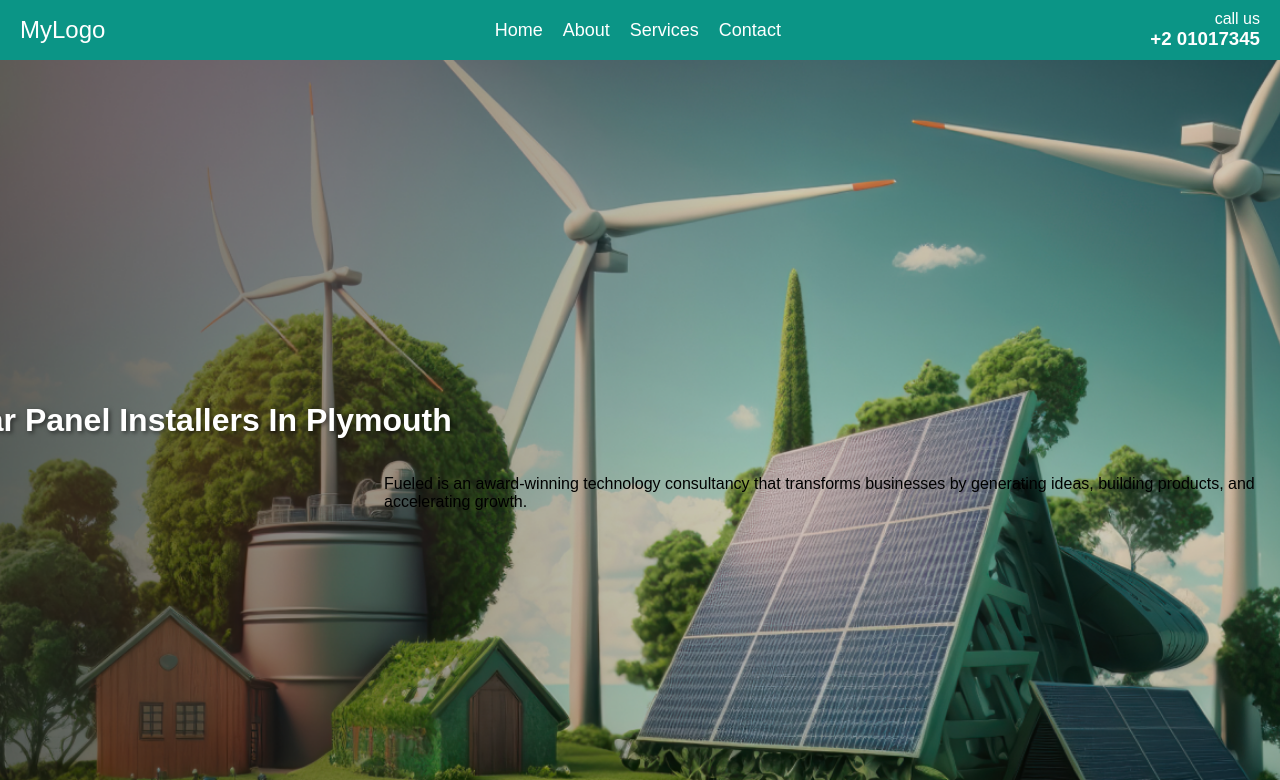
Repository: MaramNabil872/Landing-Page
Page: landingPage.html
The author's editor kept a copy of each file at every save. The page is drawn from the files as they stood at one save, then again after the next save.
The browser window is 1280 px wide. The pictures show the whole page.

Above is the page before, as saved 2024-10-20 20:23:32.

### landingPage.html
<!DOCTYPE html>
<html lang="en">
    <head>
        <meta charset="UTF-8" />
        <meta name="viewport" content="width=device-width, initial-scale=1.0" />
        <title>Landing Page</title>
        <link rel="stylesheet" href="landingPage.css" />
    </head>
    <body>
        <nav class="navbar">
            <div class="logo">MyLogo</div>

            <ul class="nav-links">
                <li><a href="#home">Home</a></li>
                <li><a href="#about">About</a></li>
                <li><a href="#services">Services</a></li>
                <li><a href="#contact">Contact</a></li>
            </ul>
            <div class="call">
                <p>call us</p>
                <h3>+2 01017345</h3>
            </div>
        </nav>

        <div class="image-container">
            <img
                src="images/solar-panels-meadow 1.png"
                alt="Background Image"
                class="background-image"
            />
            <div class="main-text">
                <h2 class="text-wallpaper">
                    Solar Panel Installers In Plymouth
                </h2>
                <br />
                <p >
                    Fueled is an award-winning technology consultancy that
                    transforms businesses by generating ideas, building
                    products, and accelerating growth.
                </p>
            </div>
        </div>
    </body>
</html>

### landingPage.css
* {
    margin: 0;
    padding: 0;
    box-sizing: border-box; /* Added for consistent sizing */
}

body {
    font-family: Arial, sans-serif;
}

.navbar {
    background-color: #0b9586;
    display: flex;
    justify-content: space-between;
    align-items: center;
    padding: 10px 20px;
    position: relative;
    flex-wrap: wrap; /* Allow items to wrap on smaller screens */
}

.logo {
    color: #fff;
    font-size: 24px;
}

.nav-links {
    list-style: none;
    display: flex;
    flex-wrap: wrap; /* Allow links to wrap on smaller screens */
}

.nav-links li {
    margin-left: 20px;
}

.nav-links a {
    text-decoration: none;
    color: white;
    font-size: 18px;
    transition: color 0.3s;
}

.nav-links a:hover {
    color: #f0a500;
}

.call {
    color: #fff;
    text-align: right; /* Align text to the right */
}

.image-container {
    position: relative;
    width: 100%;
    height: 100vh; /* Full screen height */
    overflow: hidden; /* Hide overflow */
}

.background-image {
    width: 100%;
    height: 100%;
    object-fit: cover; /* Ensure the image covers the entire container */
}
.main-text{
    position: absolute;
    top: 50%;
    left: 30%;
}
.text-wallpaper {

    transform: translate(-50%, -50%);
    color: white;
    font-size: 2rem;
    font-weight: bold;
    text-shadow: 2px 2px 4px rgba(0, 0, 0, 0.5);
}

/* Media Queries for Responsiveness */
@media (max-width: 768px) {
    .navbar {
        flex-direction: column; /* Stack items vertically */
        align-items: flex-start; /* Align items to the left */
    }

    .nav-links {
        margin-top: 10px; /* Space between navbar and links */
    }

    .nav-links li {
        margin-left: 0;
        margin-bottom: 10px; /* Space between links */
    }

    .text-overlay {
        font-size: 1.5rem; /* Smaller text size for mobile */
    }
}

@media (max-width: 480px) {
    .text-overlay {
        font-size: 1.2rem; /* Even smaller text size for very small screens */
    }

    .call h3 {
        font-size: 1.2rem; /* Adjust call size for small screens */
    }
}

After the next save:
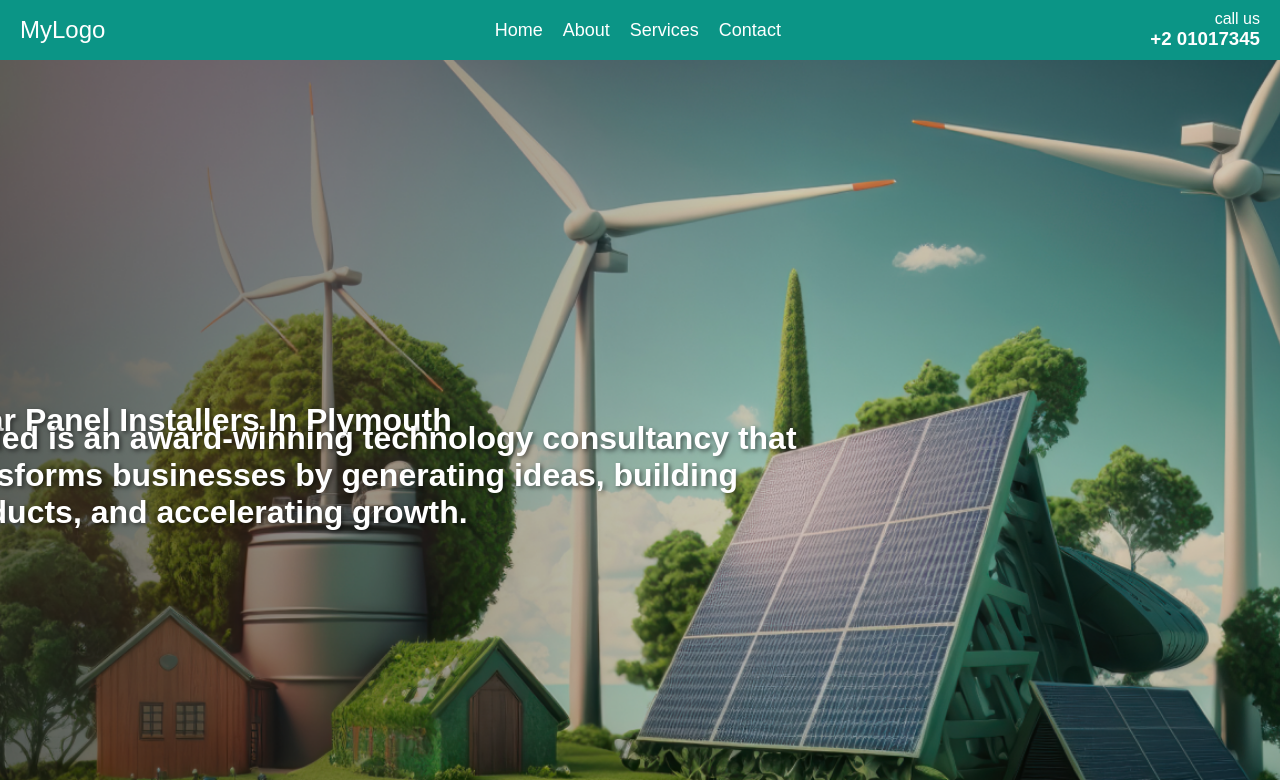
Saved 5 s later.
--- a/landingPage.html
+++ b/landingPage.html
@@ -33,7 +33,7 @@
                     Solar Panel Installers In Plymouth
                 </h2>
                 <br />
-                <p >
+                <p class="text-wallpaper">
                     Fueled is an award-winning technology consultancy that
                     transforms businesses by generating ideas, building
                     products, and accelerating growth.
